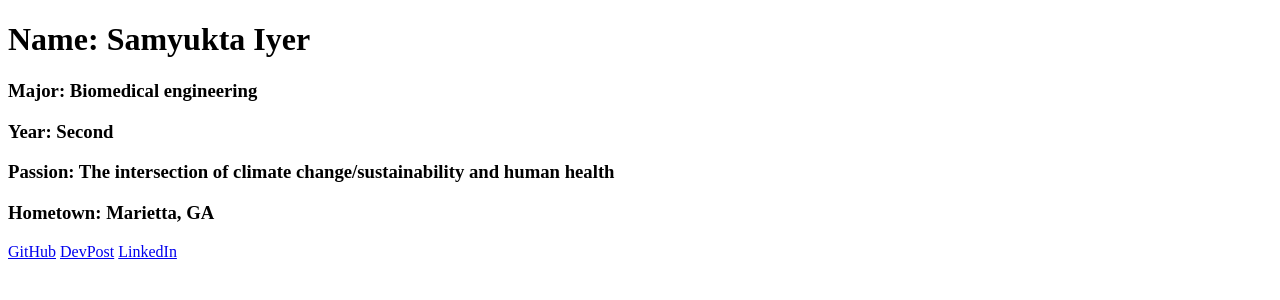
Repository: samyukta-iyer/fall23-dev-bootcamp-assessment
Page: index.html
An editor plug-in stored every save of this project. The page is shown before and after the next save, followed by the edit.
The browser window is 1280 px wide. The pictures show the whole page.

Above is the page before, as saved 2023-08-29 21:00:26.

### index.html
<!DOCTYPE html>

<html>
    <head>
        <link rel="stylesheet" href="styles.css">
    </head>

    <div class = "card">
        <h1> Name: Samyukta Iyer </h1>
        <h3> Major: Biomedical engineering </h3>
        <h3> Year: Second </h3>
        <h3> Passion: The intersection of climate change/sustainability and human health </h3>
        <h3> Hometown: Marietta, GA </h3>

        <a href="https://github.com/samyukta-iyer" class="button">GitHub</a>
        <a href="https://devpost.com/samyuktasainath" class="button">DevPost</a>
        <a href="https://www.linkedin.com/in/samyuktasainath/" class="button">LinkedIn</a>
    </div>

    <!-- Your HTML Here -->
</html>

### styles.css
/* Your Styles Here */
body{
}

After the next save:
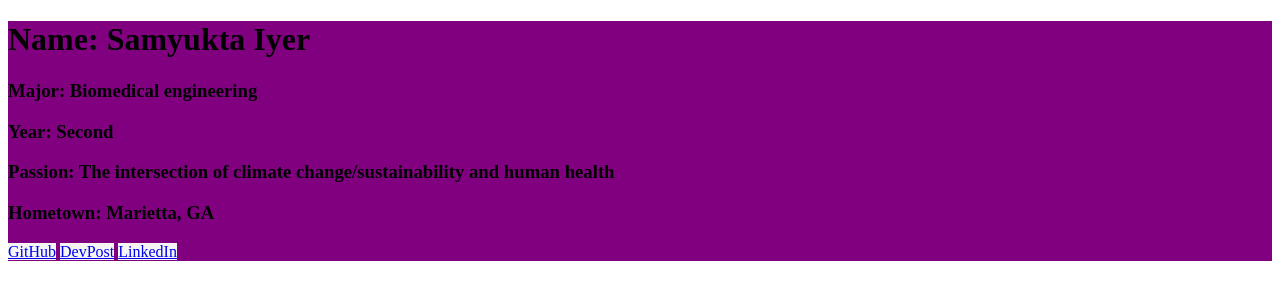
Saved 43 s later.
--- a/styles.css
+++ b/styles.css
@@ -1,3 +1,12 @@
 /* Your Styles Here */
-body{
+.card{
+    background-color: purple;
+
 }
+
+.button {
+    background-color: whitesmoke;
+    border-radius: 20;
+}
+/* body{
+} */
